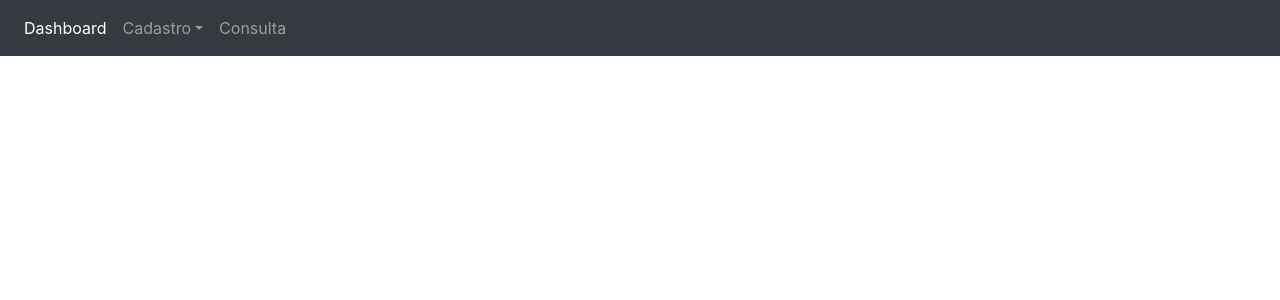
Repository: gabrielfeliphe/AssistenciaTecnica
Page: PI-AssistenciaTecnica/WebContent/pages/recepcao.html
An editor plug-in stored every save of this project. The page is shown before and after the next save, followed by the edit.
The browser window is 1280 px wide. The pictures show the whole page.
Some web libraries are served in a nearby version.

Above is the page before, as saved 2021-10-10 11:33:19.
Console error: TypeError: Cannot read properties of undefined (reading 'fn')

After the next save:
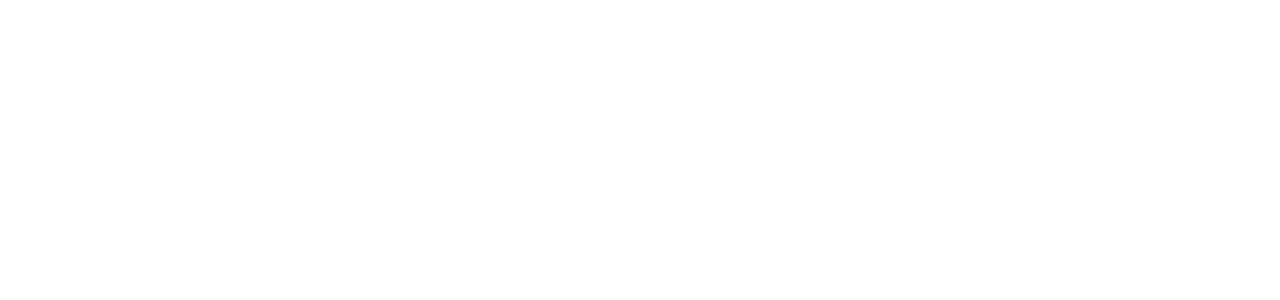
Saved 55 s later.
--- a/PI-AssistenciaTecnica/WebContent/pages/recepcao.html
+++ b/PI-AssistenciaTecnica/WebContent/pages/recepcao.html
@@ -6,10 +6,7 @@
 
 <link rel="stylesheet" href="https://stackpath.bootstrapcdn.com/bootstrap/4.1.3/css/bootstrap.min.css" integrity="sha384-MCw98/SFnGE8fJT3GXwEOngsV7Zt27NXFoaoApmYm81iuXoPkFOJwJ8ERdknLPMO" crossorigin="anonymous">
 <script src="https://stackpath.bootstrapcdn.com/bootstrap/4.1.3/js/bootstrap.min.js" integrity="sha384-ChfqqxuZUCnJSK3+MXmPNIyE6ZbWh2IMqE241rYiqJxyMiZ6OW/JmZQ5stwEULTy" crossorigin="anonymous"></script>
-<script
-  src="https://code.jquery.com/jquery-3.6.0.min.js"
-  integrity="sha256-/xUj+3OJU5yExlq6GSYGSHk7tPXikynS7ogEvDej/m4="
-  crossorigin="anonymous"></script>
+<script src='http://code.jquery.com/jquery-2.1.3.min.js'>
 
 </head>
 <body>

After the save that followed:
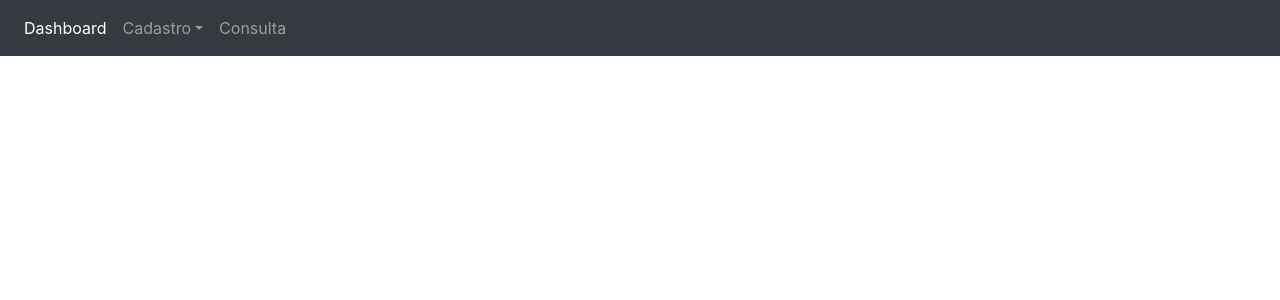
Saved 24 s later.
--- a/PI-AssistenciaTecnica/WebContent/pages/recepcao.html
+++ b/PI-AssistenciaTecnica/WebContent/pages/recepcao.html
@@ -6,7 +6,7 @@
 
 <link rel="stylesheet" href="https://stackpath.bootstrapcdn.com/bootstrap/4.1.3/css/bootstrap.min.css" integrity="sha384-MCw98/SFnGE8fJT3GXwEOngsV7Zt27NXFoaoApmYm81iuXoPkFOJwJ8ERdknLPMO" crossorigin="anonymous">
 <script src="https://stackpath.bootstrapcdn.com/bootstrap/4.1.3/js/bootstrap.min.js" integrity="sha384-ChfqqxuZUCnJSK3+MXmPNIyE6ZbWh2IMqE241rYiqJxyMiZ6OW/JmZQ5stwEULTy" crossorigin="anonymous"></script>
-<script src='http://code.jquery.com/jquery-2.1.3.min.js'>
+
 
 </head>
 <body>
@@ -37,5 +37,7 @@
   </div>
 </nav>
 
+<script src="http://code.jquery.com/jquery-2.1.3.min.js">
+
 </body>
 </html>
